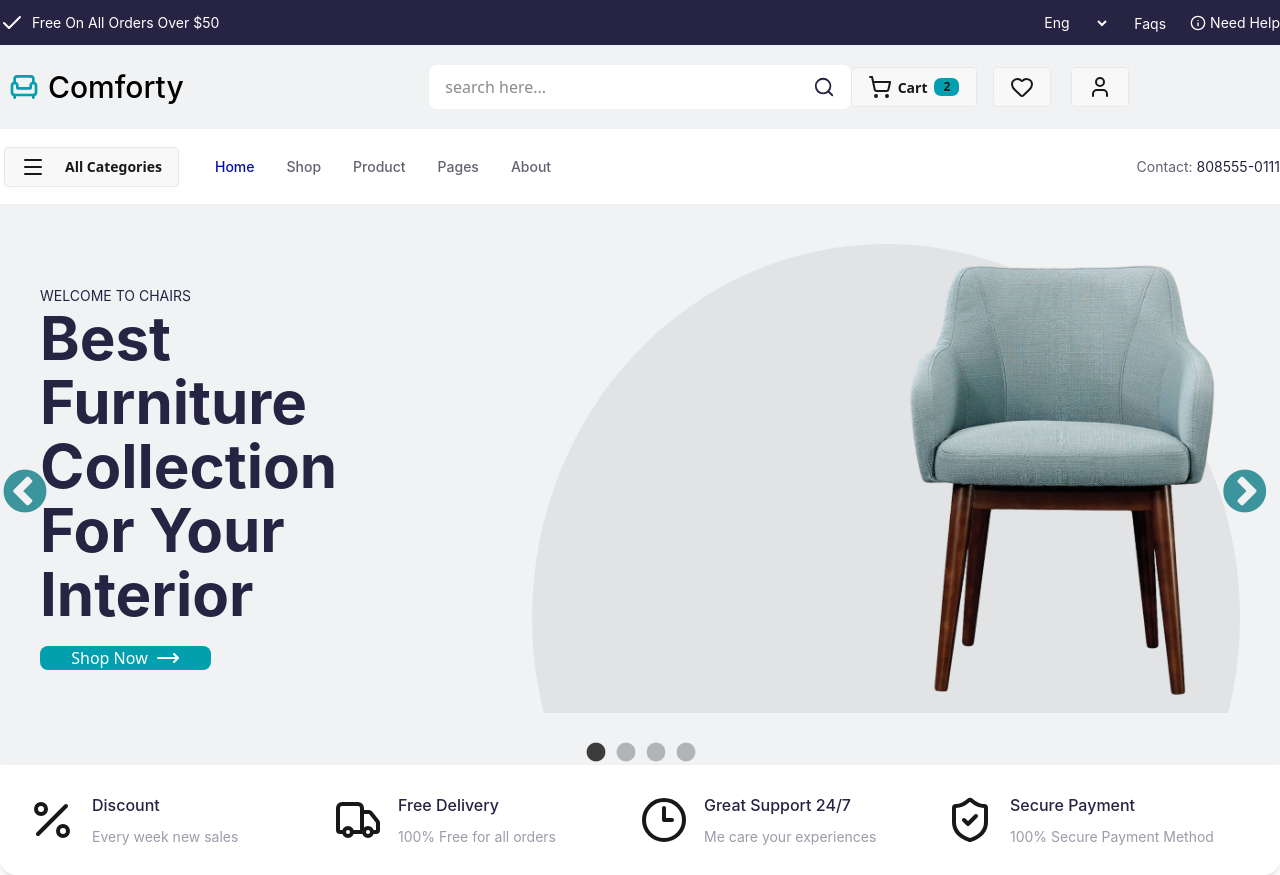
Repository: Neda0o0/store-template-website
Page: /
An editor plug-in stored every save of this project. The page is shown before and after the next save, followed by the edit.
The browser window is 1280 px wide. The pictures show the whole page.
The project was rebuilt for these pictures with package versions that can differ from the ones it lists, and the page was loaded fresh each time. Also part of the build but not shown: vite.config.js, src/Pages/Auth/Auth.jsx, src/Pages/Auth/Login/Login.jsx, src/Pages/Auth/Register/Register.jsx, src/Pages/Error/Error.jsx, src/AuthCheck/AuthCheck.jsx.

Above is the page before, as saved 2025-10-25 11:07:31.

### index.html
<!DOCTYPE html>
<html lang="en">
  <head>
    <meta charset="UTF-8" />
    <link rel="icon" type="image/svg+xml" href="/vite.svg" />
    <meta name="viewport" content="width=device-width, initial-scale=1.0" />
    <title>new-project</title>
  </head>
  <body>
    <div id="root"></div>
    <script type="module" src="/src/main.jsx"></script>
  </body>
</html>

### src/main.jsx
import { StrictMode } from "react";
import { createRoot } from "react-dom/client";
import MainLayout from "./MainLayout/MainLayout";
import "./index.css";

createRoot(document.getElementById("root")).render(
  <StrictMode>
    <MainLayout />
  </StrictMode>
);

### src/MainLayout/MainLayout.jsx
import { BrowserRouter, Route, Routes } from "react-router";
import Navbar from "../components/Navbar/Navbar";
import Home from "../Pages/Home/Home";
import Auth from "../Pages/Auth/Auth";
import Login from "../Pages/Auth/Login/Login";
import Register from "../Pages/Auth/Register/Register";
import Error from "../Pages/Error/Error";
import AuthCheck from "../AuthCheck/AuthCheck";

const MainLayout = () => {
  return (
    <BrowserRouter>
      {/* Navbar */}
      <Navbar />
      <Routes>
        <Route
          path="/"
          element={
            <AuthCheck>
              <Home />
            </AuthCheck>
          }
        />
        <Route path="auth" element={<Auth />}>
          <Route path="login" element={<Login />} />
          <Route path="register" element={<Register />} />
        </Route>
        {/* not found routes */}
        <Route path="*" element={<Error />} />
      </Routes>
    </BrowserRouter>
  );
};
export default MainLayout;

### src/index.css
@import "tailwindcss";
@plugin "daisyui";

/* google font inter */
@import url("https://fonts.googleapis.com/css2?family=Inter:ital,opsz,wght@0,14..32,100..900;1,14..32,100..900&display=swap");

@theme {
  --font-inter: "Inter", sans-serif;
}

.banner_slide_item {
  display: flex !important;
  justify-content: space-between;
  align-items: center;
  gap: 7.5rem;
}

.banner_image {
  position: relative;
}
.banner_image::before {
  content: "";
  position: absolute;
  top: 0;
  right: 0;
  max-width: 747px;
  width: 100%;
  min-height: 747px;
  height: 100%;
  background-color: #e1e3e5;
  border-radius: 100%;
  z-index: -1;
}
.slick-prev,
.slick-next {
  z-index: 5 !important;
}
.slick-prev {
  left: -40px;
}
.slick-next {
  right: 0.25px;
}
.slick-prev:before,
.slick-next:before {
  font-family: "slick";
  font-size: 50px !important;
  line-height: 1;
  opacity: 0.75;
  color: #007580 !important;
  -webkit-font-smoothing: antialiased;
  -moz-osx-font-smoothing: grayscale;
}
.slick-dots {
  position: absolute;
  bottom: -50px !important;
  display: block;
  width: 100%;
  padding: 0;
  margin: 0;
  list-style: none;
  text-align: center;
}
.slick-dots li button:before {
  font-family: "slick";
  font-size: 22px !important;
  line-height: 20px;
  position: absolute;
  top: 0;
  left: 0;
  width: 20px;
  height: 20px;
  text-align: center;
  opacity: 0.25;
  color: black;
  -webkit-font-smoothing: antialiased;
  -moz-osx-font-smoothing: grayscale;
}

.delivery_component {
  margin-top: -3rem;
  position: relative;
  z-index: 5;
}

### src/components/Navbar/Navbar.jsx
import {
  Armchair,
  Check,
  Info,
  Search,
  ShoppingCart,
  Heart,
  User,
  Menu,
} from "lucide-react";
import { Link, NavLink } from "react-router-dom";

const Navbar = () => {
  return (
    <div>
      {/* navbar top */}
      <div className="navbar_top flex items-center justify-center bg-[#272343] w-full h-[45px]">
        <div className="lg:container flex justify-between items-center">
          <p className="flex items-center gap-2 text-sm font-inter font-normal text-white capitalize">
            <Check />
            Free on all orders over $50
          </p>
          <div className="navbar_top_right flex items-center gap-6">
            <select
              defaultValue="Server location"
              className=" bg-none h-[30px] w-[70px] text-sm font-inter font-normal capitalize text-white"
            >
              <option>Eng</option>
              <option>Farsi</option>
            </select>
            <button>
              <Link className="text-sm text-white font-inter font-normal capitalize ">
                Faqs
              </Link>
            </button>
            <button>
              <Link className="flex items-center gap-1 text-sm  text-white font-inter font-normal capitalize">
                <Info size={16} />
                Need help
              </Link>
            </button>
          </div>
        </div>
      </div>
      {/* navbar middle */}
      <div className="navbar middle flex items-center justify-center bg-[#f0f2f3] w-full h-[84px]">
        <div className="lg:container grid grid-cols-3 items-center">
          <div className="logo_wrapper">
            <Link
              to="/"
              className="text-3xl text-black font-inter font-medium capitalize flex items-center gap-2"
            >
              <Armchair size="2rem" color="#029fae" /> Comforty
            </Link>
          </div>
          <div className="search_box">
            <form action="#" className="max-w-[443px] h-[44px] relative">
              <input
                type="text"
                placeholder="search here..."
                className=" max-w-[443px] w-full h-full bg-white rounded-lg pl-4 "
              />
              <button className="absolute to-50% right-4 translate-y-1/2">
                <Search size="22px" color="#272343" />
              </button>
            </form>
          </div>
          {/* navbar middle right */}
          <div className="navbar_middle_right flex items-center gap-4">
            <button className="btn capitalize">
              <ShoppingCart /> cart
              <div className="badge badge-sm bg-[#029fae]">2</div>
            </button>
            <button className="btn capitalize">
              <Heart />
            </button>

            <div className="dropdown">
              <div tabIndex={0} role="button" className="btn m-1">
                <User />
              </div>
              <ul
                tabIndex="-1"
                className="dropdown-content menu bg-base-100 rounded-box z-1 w-52 p-2 shadow-sm"
              >
                <li>
                  <Link>Account</Link>
                </li>
                <li>
                  <Link>Logout</Link>
                </li>
              </ul>
            </div>
          </div>
        </div>
      </div>

      {/* navbar bottom */}
      <div className="navbar_bottom flex items-center justify-center w-full h-[75px] bg-white border-[#ele3e5]">
        <div className="lg:container flex items-center justify-between">
          <div className="navbar_bottom_left flex items-center gap-8">
            <div className="dropdown dropdown-start">
              <div
                tabIndex={0}
                role="button"
                className="btn m-1 flex items-center gap-5 capitalize"
              >
                <Menu /> all categories
              </div>
              <ul
                tabIndex="-1"
                className="dropdown-content menu bg-base-100 rounded-box z-1 w-52 p-2 shadow-sm"
              >
                <li>
                  <a>Chair</a>
                </li>
                <li>
                  <a>Pant</a>
                </li>
                <li>
                  <a>Shirt</a>
                </li>
                <li>
                  <a>T-shirt</a>
                </li>
              </ul>
            </div>
            <nav className="flex items-center gap-8">
              <NavLink
                to="/"
                className="text-sm text-[#020fae] font-inter font-medium capitalize"
              >
                Home
              </NavLink>
              <NavLink className="text-sm text-[#636270] font-inter font-medium capitalize">
                shop
              </NavLink>
              <NavLink className="text-sm text-[#636270] font-inter font-medium capitalize">
                product
              </NavLink>
              <NavLink className="text-sm text-[#636270] font-inter font-medium capitalize">
                pages
              </NavLink>
              <NavLink className="text-sm text-[#636270] font-inter font-medium capitalize">
                about
              </NavLink>
            </nav>
          </div>

          <div className="navbar_bottom_right">
            <p className="text-sm text-[#636270] font-inter font-normal capitalize">
              contact: <span className="text-[#272343]">{808}555-0111</span>
            </p>
          </div>
        </div>
      </div>
    </div>
  );
};
export default Navbar;

### src/Pages/Home/Home.jsx
import Banner from "../../components/Banner/Banner";
import Delivery from "../../components/Delivery/Delivery";
const Home = () => {
  return (
    <div>
      {/* banner component */}
      <div className="w-full rounded-b-3xl bg-[#f0f2f3] min-h-[85px] flex items-center justify-center ">
        <Banner></Banner>
      </div>
      {/* delivery component */}
      <div className="delivery_component w-full min-h[#150px] bg-white ">
        <Delivery></Delivery>
      </div>
    </div>
  );
};
export default Home;

### src/components/Banner/Banner.jsx
import "slick-carousel/slick/slick.css";
import "slick-carousel/slick/slick-theme.css";
import Slider from "react-slick";
import { MoveRight } from "lucide-react";

const Banner = () => {
  const products = [
    {
      id: 1,
      title: "Best Furniture collection for your interior ",
      subTitle: "welcome to chairs",
      image: "/src/assets/Banner/banner_image.png",
    },
    {
      id: 2,
      title: "Best Furniture collection for your interior ",
      subTitle: "welcome to chairs",
      image: "/src/assets/Banner/banner_image.png",
    },
    {
      id: 3,
      title: "Best Furniture collection for your interior ",
      subTitle: "welcome to chairs",
      image: "/src/assets/Banner/banner_image.png",
    },
    {
      id: 4,
      title: "Best Furniture collection for your interior ",
      subTitle: "welcome to chairs",
      image: "/src/assets/Banner/banner_image.png",
    },
  ];
  const settings = {
    dots: true,
    infinite: true,
    speed: 500,
    slidesToShow: 1,
    slidesToScroll: 1,
  };
  return (
    <div className="lg:container w-full p-10 mb-15">
      <div className="slider-container w-full h-full">
        <Slider {...settings}>
          {products?.map((product) => (
            <div key={product?.id} className="banner_slide_item">
              {/* banner text */}
              <div className="banner_text">
                <p className="text-sm font-inter font-normal text-[#272343] uppercase">
                  {product?.subTitle}
                </p>
                <h3 className="text-6xl text-[#272343] font-inter capitalize leading-16 max-w-[631px] w-full font-bold mb-5">
                  {product?.title}
                </h3>
                <button className="max-w-[171px] w-full flex items-center justify-center gap-2 h-[52] bg-[#029fae] rounded-lg cursor-pointer text-white capitalize">
                  shop now <MoveRight />
                </button>
              </div>

              {/* banner image */}
              <div className="banner_image w-full h-full flex items-center justify-end">
                <img
                  className="w-[50%]"
                  src={product?.image}
                  alt={product?.title}
                />
              </div>
            </div>
          ))}
        </Slider>
      </div>
    </div>
  );
};
export default Banner;

### src/components/Delivery/Delivery.jsx
import { Percent, Truck, Clock3, ShieldCheck } from "lucide-react";

const Delivery = () => {
  return (
    <div className="lg:container bg-white mx-auto shadow-md p-7 rounded-2xl">
      <div className="grid grid-cols-4">
        <div className="delivery_wrapper">
          <div className="flex items-center gap-4">
            <p>
              <Percent size="3rem" />
            </p>
            <div>
              <h4 className="text-base text-[#272343] mb-2.5 font-medium font-inter capitalize">
                Discount
              </h4>
              <p className="text-sm text-[#9a9caa] font-inter font-normal">
                Every week new sales
              </p>
            </div>
          </div>
        </div>
        <div className="delivery_wrapper">
          <div className="flex items-center gap-4">
            <p>
              <Truck size="3rem" />
            </p>
            <div>
              <h4 className="text-base text-[#272343] mb-2.5 font-medium font-inter capitalize">
                Free Delivery
              </h4>
              <p className="text-sm text-[#9a9caa] font-inter font-normal">
                100% Free for all orders
              </p>
            </div>
          </div>
        </div>
        <div className="delivery_wrapper">
          <div className="flex items-center gap-4">
            <p>
              <Clock3 size="3rem" />
            </p>
            <div>
              <h4 className="text-base text-[#272343] mb-2.5 font-medium font-inter capitalize">
                Great Support 24/7
              </h4>
              <p className="text-sm text-[#9a9caa] font-inter font-normal">
                Me care your experiences
              </p>
            </div>
          </div>
        </div>
        <div className="delivery_wrapper">
          <div className="flex items-center gap-4">
            <p>
              <ShieldCheck size="3rem" />
            </p>
            <div>
              <h4 className="text-base text-[#272343] mb-2.5 font-medium font-inter capitalize">
                Secure Payment
              </h4>
              <p className="text-sm text-[#9a9caa] font-inter font-normal">
                100% Secure Payment Method
              </p>
            </div>
          </div>
        </div>
      </div>
    </div>
  );
};
export default Delivery;

After the next save:
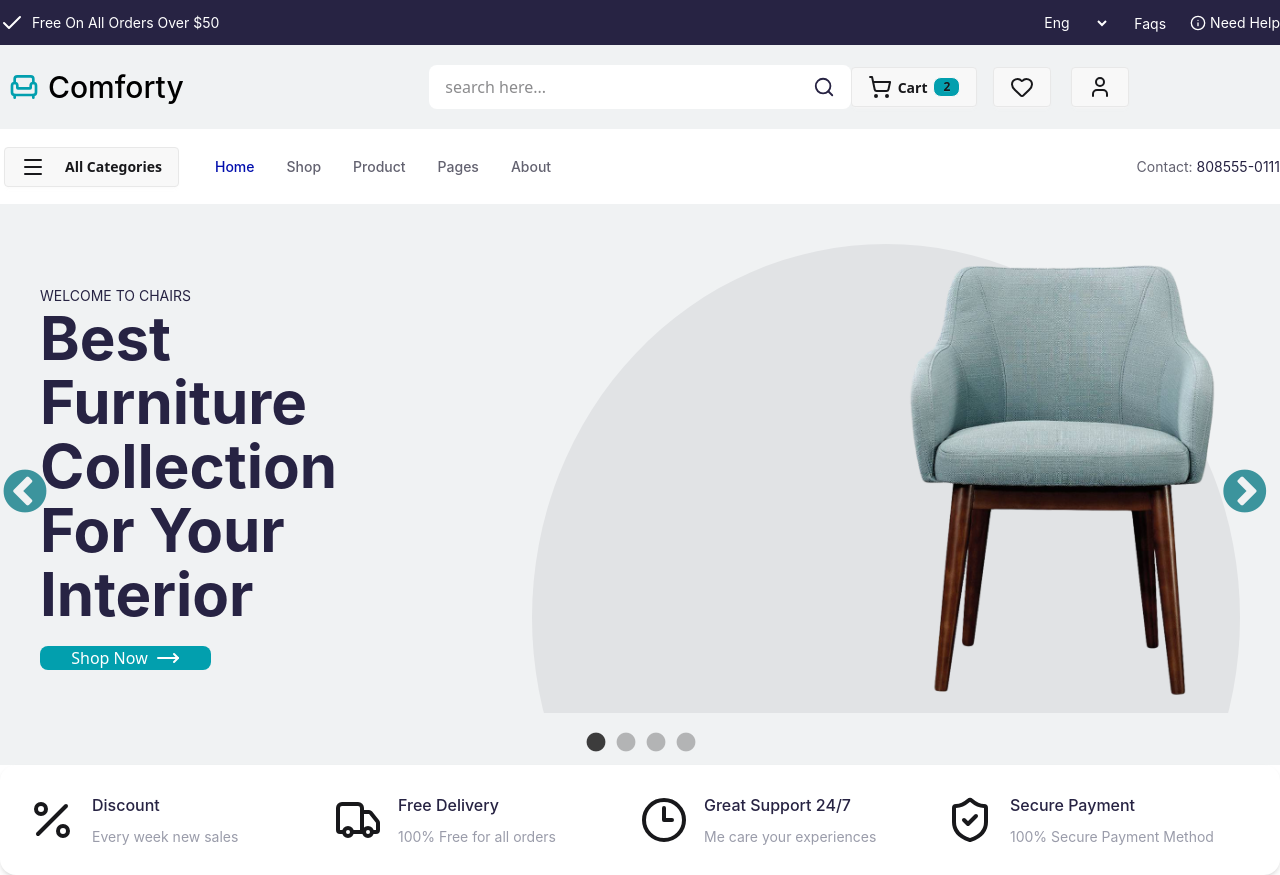
Saved 4 s later.
--- a/src/index.css
+++ b/src/index.css
@@ -53,7 +53,7 @@
 }
 .slick-dots {
   position: absolute;
-  bottom: -50px !important;
+  bottom: -40px !important;
   display: block;
   width: 100%;
   padding: 0;
